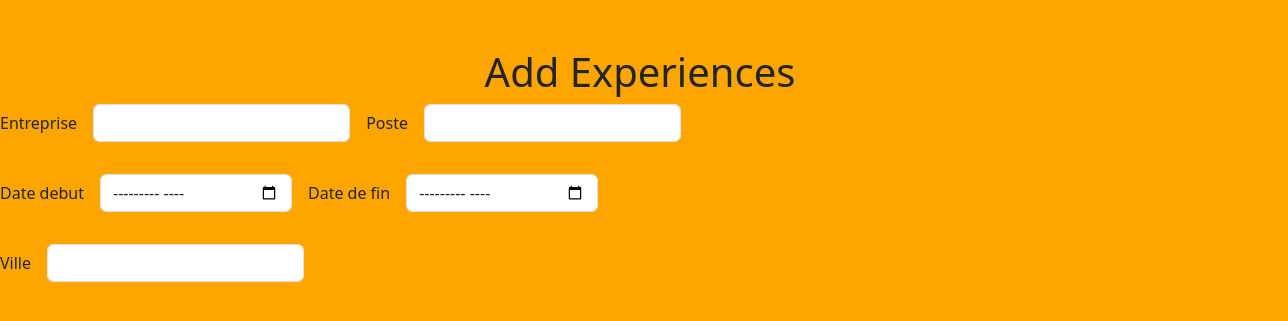
Repository: moAllElite/Examen-EJB-WEB-EAR
Page: http://localhost/SearchJobsWeb/views/exp_form_skills/addExp.jsp
These files come from the project's save history. The page is drawn as it stood at one moment and after the next save; the edit follows.
The browser window is 1280 px wide. The page is 1288 px wide, so the pictures cover 1288 px, including what lies to the right of the window. The pictures show the whole page.
The page is served by Tomcat 9. Nobody is signed in. The application's start-up code is not run.

Above is the page before, as saved 2023-03-25 22:33:04.

After the next save:
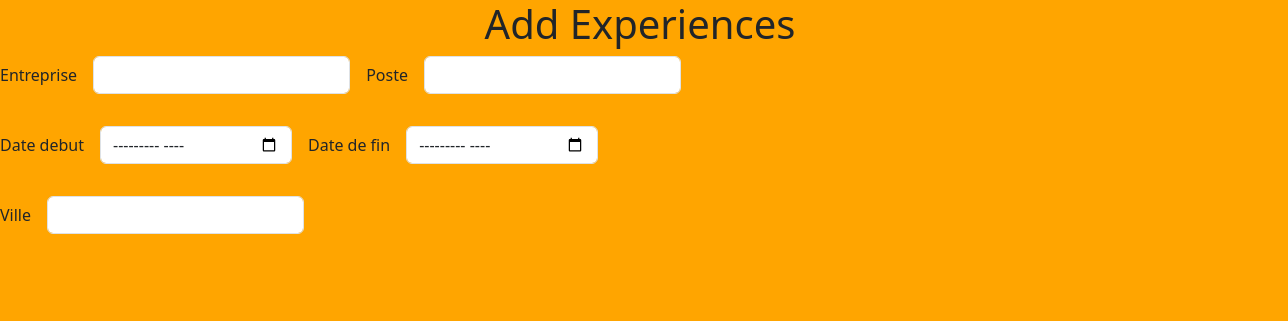
Saved 18 s later.
--- a/SearchJobsWeb/src/main/webapp/views/exp_form_skills/addExp.jsp
+++ b/SearchJobsWeb/src/main/webapp/views/exp_form_skills/addExp.jsp
@@ -7,7 +7,7 @@
 <title>Experience</title>
 </head>
 <body>
-	<h1 class="text-center mt-5">Add Experiences</h1>
+	<h1 class="text-center ">Add Experiences</h1>
 	<form method="post" action="AddExperience">
 		<jsp:include page="main.jsp"></jsp:include>
 	</form>

After the save that followed:
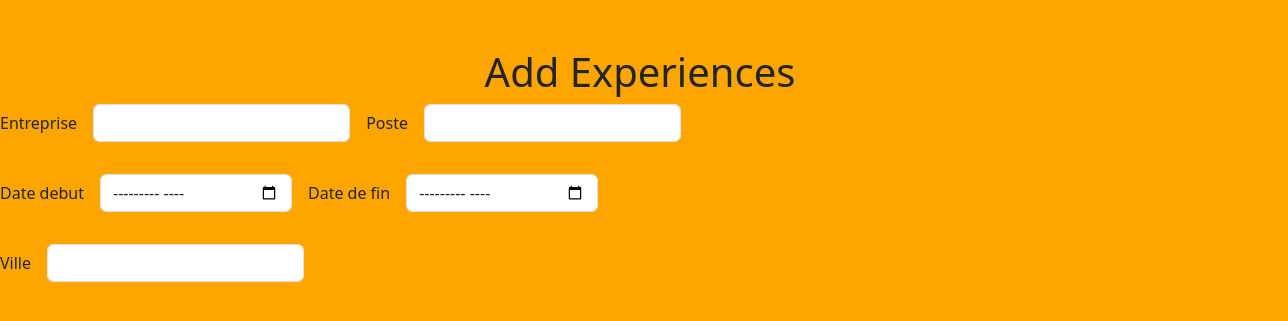
Saved 4 s later.
--- a/SearchJobsWeb/src/main/webapp/views/exp_form_skills/addExp.jsp
+++ b/SearchJobsWeb/src/main/webapp/views/exp_form_skills/addExp.jsp
@@ -7,7 +7,7 @@
 <title>Experience</title>
 </head>
 <body>
-	<h1 class="text-center ">Add Experiences</h1>
+	<h1 class="text-center mt-5">Add Experiences</h1>
 	<form method="post" action="AddExperience">
 		<jsp:include page="main.jsp"></jsp:include>
 	</form>
